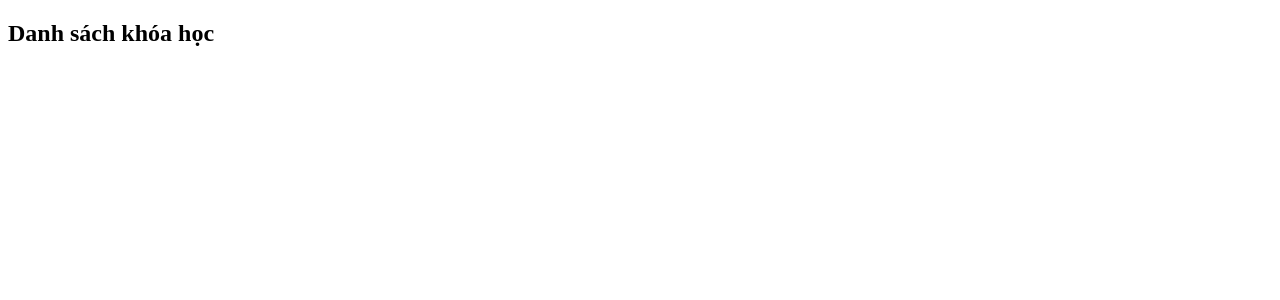
Repository: lt-chinh098406/BIn-Music
Page: index.html
An editor plug-in stored every save of this project. The page is shown before and after the next save, followed by the edit.
The browser window is 1280 px wide. The pictures show the whole page.

Above is the page before, as saved 2021-11-09 20:03:01.

### index.html
<!DOCTYPE html>
<html lang="en">
<head>
  <meta charset="UTF-8">
  <meta http-equiv="X-UA-Compatible" content="IE=edge">
  <meta name="viewport" content="width=device-width, initial-scale=1.0">
  <title>HTML DOM</title>
</head>
<body>
  <body>
    <div>
      <h2>Danh sách khóa học</h2>

      <ul id="list-courses"></ul>
    </div>

    <script src="main.js"></script>
  </body>
</body>
</html>

Loaded but not shown: main.js (no copy from this time; the picture is the same without it)

After the next save:
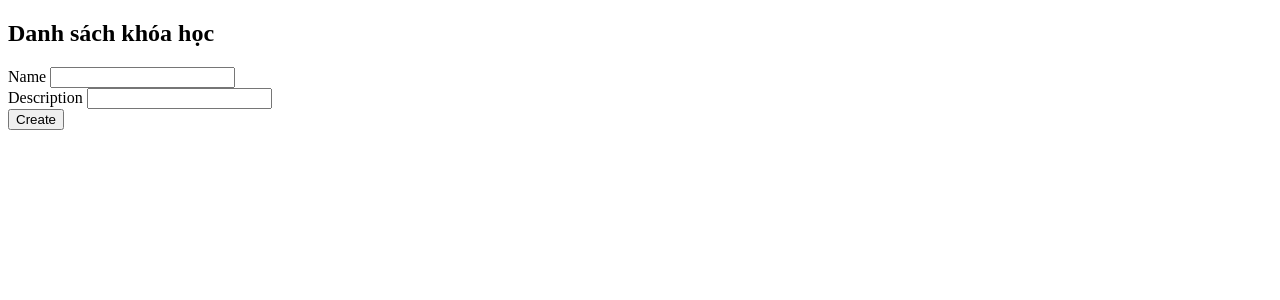
Saved 11 min 37 s later.
--- a/index.html
+++ b/index.html
@@ -14,6 +14,20 @@
       <ul id="list-courses"></ul>
     </div>
 
+    <div>
+      <div>
+        <label for="">Name</label>
+        <Input type="text" name="name"></Input>
+      </div>
+      <div>
+        <label for="">Description</label>
+        <Input type="text" name="description"></Input>
+      </div>
+      <div>
+        <button>Create</button>
+      </div>
+    </div>
+
     <script src="main.js"></script>
   </body>
 </body>
